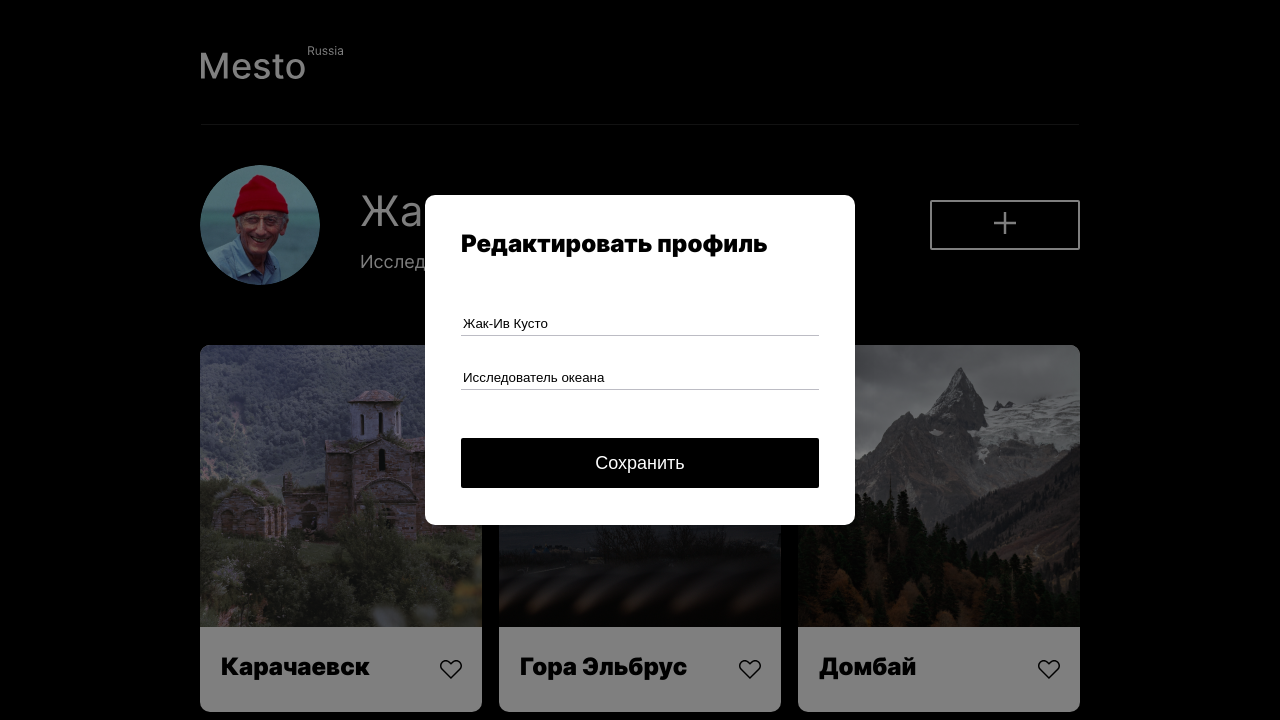
Repository: Ivan2399/mesto-project
Page: index.html
An editor plug-in stored every save of this project. The page is shown before and after the next save, followed by the edit.
The browser window is 1280 px wide. The pictures show the window.
A layer covers the whole window, so only the first screen is drawn.

Above is the page before, as saved 2021-11-30 17:18:06.

### index.html
<!DOCTYPE html>
<html lang="ru">

<head>
    <meta charset="UTF-8">
    <meta http-equiv="X-UA-Compatible" content="IE=edge">
    <meta name="viewport" content="width=device-width, initial-scale=1.0">
    <link rel="stylesheet" href="./pages/index.css" />
    <title>Mesto</title>
</head>
<!-- Вроде бы все поправил -->
<body class="root">
    <div class="page">
        <div class="popup popup_opened">
            <div class="popup__container">
                <button type="button" class="popup__close"></button>
                <h2 class="popup__title">Редактировать профиль</h2>
                <form name="popup-form" class="popup__forms">
                    <input type="text" class="popup__item" value="Жак-Ив Кусто">
                    <input type="text" class="popup__item" value="Исследователь океана">
                </form>
                <button type="submit" class="popup__button">Сохранить</button>
            </div>

        </div>
        <header class="header">
            <div class="header__container">
                <img class="header__logo" src="images/logo/Vector.svg" alt="Логотип">
            </div>
        </header>
        <main>
            <section class="profile">
                <img class="profile__avatar" src="images/avatar/Avatar.png" alt="Аватарка">
                <div class="profile__info">
                    <h1 class="profile__nickname">Жак-Ив Кусто</h1>
                    <p class="profile__hobbyname ">Исследователь океана</p>
                </div>
                <button type="button" class="profile__edit"><img src="images/buttons/pen.svg"
                        alt="редактирование"></button>
                <button type="button" class="profile__add"><img class="profile__add-size" src="images/buttons/plus.svg" alt="добавить"></button>
            </section>
            <section class="table">
                <div class="table__container">
                    <article class="table__card">
                        <img class="table__image" src="images/table/Karachaevsk.png" alt="Крепость">
                        <div class="table__card-text">
                            <h2 class="table__title">Карачаевск</h2>
                            <button type="button" class="table__button table__button_active"></button>
                        </div>
                    </article>
                    <article class="table__card">
                        <img class="table__image" src="images/table/Mountain.png" alt="Гора Эльбрус">
                        <div class="table__card-text">
                            <h2 class="table__title">Гора Эльбрус</h2>
                            <button type="button" class="table__button table__button_active"></button>
                        </div>
                    </article>
                    <article class="table__card">
                        <img class="table__image" src="images/table/Dombay.png" alt="Домбай">
                        <div class="table__card-text">
                            <h2 class="table__title">Домбай</h2>
                            <button type="button" class="table__button table__button_active"></button>
                        </div>
                    </article>
                    <article class="table__card">
                        <img class="table__image" src="images/table/Mountain.png" alt="Крепость">
                        <div class="table__card-text">
                            <h2 class="table__title">Гора Эльбрус</h2>
                            <button type="button" class="table__button table__button_active"></button>
                        </div>
                    </article>
                    <article class="table__card">
                        <img class="table__image" src="images/table/Dombay.png" alt="Крепость">
                        <div class="table__card-text">
                            <h2 class="table__title">Домбай</h2>
                            <button type="button" class="table__button table__button_active"></button>
                        </div>
                    </article>
                    <article class="table__card">
                        <img class="table__image" src="images/table/Karachaevsk.png" alt="Крепость">
                        <div class="table__card-text">
                            <h2 class="table__title">Карачаево-Ч...</h2>
                            <button type="button" class="table__button table__button_active"></button>
                        </div>
                    </article>
                </div>
            </section>
        </main>
        <footer class="footer">
            <p class="footer__logo">© 2020 Mesto Russia</p>
        </footer>
    </div>
</body>

</html>

### pages/index.css
@import url(../fonts/fonts.css);
@import url(../blocks/root/root.css);
@import url(../blocks/page/page.css);

/* header */

@import url(../blocks/header/header.css);
@import url(../blocks/header/__container/header__container.css);
@import url(../blocks/header/__logo/header__logo.css);

/* profile */

@import url(../blocks/profile/profile.css);
@import url(../blocks/profile/__avatar/profile__avatar.css);
@import url(../blocks/profile/__add/profile__add.css);
@import url(../blocks/profile/__edit/profile__edit.css);
@import url(../blocks/profile/__hobbyname/profile__hobbyname.css);
@import url(../blocks/profile/__nickname/profile__nickname.css);
@import url(../blocks/profile/__button/profile__button.css);
@import url(../blocks/profile/__info/profile__info.css);
@import url(../blocks/profile/__add-size/profile__add-size.css);

/* table */

@import url(../blocks/table/table.css);
@import url(../blocks/table/__button/table__button.css);
@import url(../blocks/table/__card/table__card.css);
@import url(../blocks/table/__container/table__container.css);
@import url(../blocks/table/__image/table__image.css);
@import url(../blocks/table/__title/table__title.css);
@import url(../blocks/table/__button/_active/table__button_active.css);
@import url(../blocks/table/__card-text/table__card-text.css);

/* footer */

@import url(../blocks/footer/footer.css);
@import url(../blocks/footer/__logo/footer__logo.css);

/* popup */

@import url(../blocks/popup/popup.css);
@import url(../blocks/popup/__container/popup__container.css);
@import url(../blocks/popup/__forms/popup__forms.css);
@import url(../blocks/popup/__item/popup__item.css);
@import url(../blocks/popup/__button/popup__button.css);
@import url(../blocks/popup/__title/popup__title.css);
@import url(../blocks/popup/__close/popup__close.css);
@import url(../blocks/popup/_opened/popup_opened.css);

### fonts/fonts.css
@font-face {
  font-family: "Inter";
  font-style: normal;
  font-weight: 900;
  src: url(./__inter/static/Inter-Black.woff) format("woff");
}
@font-face {
  font-family: "Inter";
  font-style: normal;
  font-weight: 700;
  src: url(./__inter/static/Inter-Medium.woff2) format("woff2"),
    url(./__inter/static/Inter-Medium.woff) format("woff");
}
@font-face {
  font-family: "Inter";
  font-style: normal;
  font-weight: 400;
  src: url(./__inter/static/Inter-Regular.ttf) format("truetype"),
    url(./__inter/static/Inter-Regular.woff) format("woff");
}

### blocks/root/root.css
.root {
  background-color: #000000;
  margin: 0;
  padding: 0;
  font-family: "Inter", Arial, Helvetica, sans-serif;
}

### blocks/page/page.css
.page {
  position: relative;
  max-width: 1280px;
  margin: auto;
  color: white;
}

### blocks/header/header.css
.header{
    display: grid;
}

### blocks/header/__container/header__container.css
.header__container {
  margin: 0 15.7% 0 15.7%;
  max-width: 880px;
  border-bottom: 1px solid rgba(54, 54, 54, 0.7);
}
@media screen and (min-width: 300px) and (max-width: 900px) {
  .header__container {
    margin: 0;
  }
}

### blocks/header/__logo/header__logo.css
.header__logo{
    margin: 5.2% 0 4.7% 0;
}
@media screen and (min-width:300px) and (max-width:900px){
    .header__logo{
        margin: 28px 0 31.6px 27px;
        width:103.74px;
        height:24.24px;
    }
}

### blocks/profile/profile.css
.profile {
  display: grid;
  grid-template-columns: 1fr 340px 1fr 1fr 1fr;
  margin: 40px auto 51px auto;
  max-width: 880px;
}
@media screen and (min-width: 250px) and (max-width: 900px) {
  .profile {
    justify-items: center;
    grid-template-columns: 289px;
    grid-template-rows: 120px 120px 50px;
    justify-content: center;
    margin: 38.25px auto 36px auto;
  }
}

### blocks/profile/__avatar/profile__avatar.css
.profile__avatar{
  max-width:120px;
  max-height:120px;
  border-radius: 50%;
  object-fit: cover;
}

### blocks/profile/__add/profile__add.css
.profile__add {
  padding: 0;
  width: 150px;
  height: 50px;
  margin-top: 35px;

  grid-column: 5;

  background-color: black;
  background-size: cover;

  border: 2px solid #ffffff;
  border-radius: 2px;

  cursor: pointer;
}
.profile__add:hover {
  opacity: 0.6;
}
@media screen and (min-width: 250px) and (max-width: 900px) {
  .profile__add {
    margin: 0;
    width: 282px;
    height: 50px;

    grid-column: 1;
    grid-row: 3;
  }
}

### blocks/profile/__edit/profile__edit.css
.profile__edit {
  padding: 0;
  margin-top: 37px;

  background-size: cover;
  background-color: black;
  border: 1px solid #ffffff;
  box-sizing: border-box;

  width: 24px;
  height: 24px;
  cursor: pointer;
}
.profile__edit:hover {
  opacity: 0.6;
}
@media screen and (min-width: 300px) and (max-width: 900px) {
  .profile__edit {
    grid-column: 1/1;
    grid-row: 2/2;
    margin-top: 30.25px;
    margin-right:28px;
    width: 18px;
    height: 18px;
    justify-self: flex-end;
  }
}

### blocks/profile/__hobbyname/profile__hobbyname.css
.profile__hobbyname {
  margin:0 0 0 30px;
  font-style: normal;
  font-weight: normal;
  font-size: 18px;
  line-height: 22px;

  text-overflow: ellipsis;
  max-width: 286px;
  overflow: hidden;
  white-space: nowrap;
}
@media screen and (min-width: 250px) and (max-width: 900px) {
  .profile__hobbyname {
    font-size: 14px;
    line-height: 17px;
    margin: 0 0 36px 0;

    max-width: 200px;
  }
}

### blocks/profile/__nickname/profile__nickname.css
.profile__nickname {
  margin: 22px 0 16px 30px;
  font-style: normal;
  font-weight: 500;
  font-size: 42px;
  line-height: 48px;

  text-overflow: ellipsis;
  max-width: 296px;
  overflow: hidden;
  white-space: nowrap;
}
@media screen and (min-width: 250px) and (max-width: 900px) {
  .profile__nickname {
    margin: 22.25px 10px 14px 0;
    font-size: 27px;
    line-height: 33px;

    max-width: 200px;
  }
}

### blocks/profile/__button/profile__button.css
.profile__button {
  display: flex;
  grid-column: 5;
  justify-self: center;
}
@media screen and (min-width: 250px) and (max-width: 900px){
  .profile__button{
    grid-column: 1;
    grid-row: 3;
  }
}

### blocks/profile/__info/profile__info.css
.profile__info {
  display: flex;
  max-width: 360px;
  flex-direction: column;

}
@media screen and (min-width: 250px) and (max-width: 900px) {
  .profile__info {
    max-width: 282px;
    align-items: center;
    grid-column: 1/1;
    grid-row:2/2;
  }
}

### blocks/profile/__add-size/profile__add-size.css
.profile__add-size {
  width: 22px;
  height: 22px;
}
@media screen and (min-width: 250px) and (max-width: 900px) {
  .profile__add-size {
    width: 16px;
    height: 16px;
  }
}

### blocks/table/table.css
.table{
    display: grid;
    max-width:1000px;
    margin:4% auto 0;
}

### blocks/table/__button/table__button.css
.table__button {
  width: 22px;
  height: 19px;
  margin: 30px 20px 30px 0;

  background-image: url(../../../images/table/heart.svg);
  background-size: cover;
  border: 0;
  background-color: white;

  cursor: pointer;

}
.table__button:hover {
  opacity: 0.5;
}

### blocks/table/__card/table__card.css
.table__card{
    max-width: 282px;
    background-color: white;
    border-radius: 10px;
    margin: 8.5px;
    display: flex;
    flex-direction: column;
}

### blocks/table/__container/table__container.css
.table__container {
    display: flex;
    flex-wrap: wrap;
    justify-content: center;
  /* display: grid;
  grid-template-columns: repeat(3, 33.33%);
  justify-items: center;
  gap: 2%; */
}
/* @media screen and (min-width: 300px) and (max-width: 500px) {
  .table__container {
    display: flex;
    flex-direction: column;
    align-items: center;
  }
} */

### blocks/table/__image/table__image.css
.table__image{
    width: 282px;
    height: 282px;
    border-radius: 10px 10px 0 0 ;
    object-fit: cover;
}

### blocks/table/__title/table__title.css
.table__title {
  margin: 25px 0 31px 21px;
  font-style: normal;
  font-weight: 900;
  font-size: 24px;
  line-height: 29px;

  text-overflow: ellipsis;
  max-width: 200px;
  overflow: hidden;
  white-space: nowrap;

  color: #000000;
}

### blocks/table/__button/_active/table__button_active.css
.table__button_active:active{
    background-image: url(../../../../images/buttons/Union.png);
    color: black;
    opacity: 1;
}

### blocks/table/__card-text/table__card-text.css
.table__card-text{
    width: 100%;
    max-height: fit-content;
    margin: auto;
    display: flex;
    justify-content: space-between;
    align-items: center;
}

### blocks/footer/footer.css
.footer{
    max-width: 840px;
    margin:67px auto 60px;
}
@media screen and (min-width: 250px) and (max-width: 800px){
    .footer{
        max-width: 282px;
        margin:46px 19px 34px 19px;
    }
}

### blocks/footer/__logo/footer__logo.css
.footer__logo {
  font-style: normal;
  font-weight: normal;
  font-size: 14px;
  line-height: 17px;
  margin: 0;
  color: #545454;
}

### blocks/popup/popup.css
.popup {
  position: fixed;
  display: none;
  width: 100%;
  max-width: 1280px;
  height: 100%;
  min-height: 720px;
  background-color: rgba(0, 0, 0, 0.5);
  flex-wrap: wrap;
  justify-content: center;
  align-items: center;
}

### blocks/popup/__container/popup__container.css
.popup__container {
  display: flex;
  flex-direction: column;
  max-width: 430px;
  max-height: 330px;
  background: #ffffff;
  box-shadow: 0px 0px 25px rgba(0, 0, 0, 0.15);
  border-radius: 10px;
}
@media screen and (min-width: 250px) and (max-width: 800px) {
  .popup__container {
    justify-content: center;
    max-width: 282px;
    max-height: 322px;
  }
}

### blocks/popup/__forms/popup__forms.css
.popup__forms {
  padding: 0 36px 0 36px;
  border: 0;
}
@media screen and (min-width: 250px) and (max-width: 800px){
  .popup__forms{
    padding: 0 22px 0 22px;
  }
}

### blocks/popup/__item/popup__item.css
.popup__item {
  border: 0;
  width: 100%;
  height: 24px;
  box-sizing: border-box;
  border-bottom: 1px solid #bcbcc4;
  background-color: transparent;
  margin: 30px 0 0 0;
  color:black
}
@media screen and (min-width: 250px) and (max-width: 800px) {
  .popup__item {
    min-width: 238px;
  }
}

### blocks/popup/__button/popup__button.css
.popup__button {
  width: 358px;
  height: 50px;
  margin: 48px 36px 37px 36px;
  border-radius: 2px;
  background-color: black;
  border: 0;
  color: white;
  font-style: normal;
  font-weight: normal;
  font-size: 18px;
  line-height: 22px;
  text-align: center;

  cursor: pointer;
}
.popup__button:hover {
  opacity: 0.8;
}
@media screen and (min-width: 250px) and (max-width: 800px) {
  .popup__button {
    object-fit: cover;
    margin: 45px 22px 25px 22px;
    width: 238px;
    height: 46px;

    font-size: 14px;
    line-height: 17px;
  }
}

### blocks/popup/__title/popup__title.css
.popup__title {
  margin: 34px 64px 24px 36px;

  font-style: normal;
  font-weight: 900;
  font-size: 24px;
  line-height: 29px;

  color: #000000;
}
@media screen and (min-width: 250px) and (max-width: 800px) {
  .popup__title {
    margin: 25px 22px 45px 22px;
    font-style: normal;
    font-weight: 900;
    font-size: 18px;
    line-height: 22px;
  }
}

### blocks/popup/__close/popup__close.css
.popup__close {
  position: absolute;

  background-image: url(../../../images/popup/Close\ Icon.svg);
  background-color: rgba(255, 255, 255, 0);
  background-size: cover;
  border: 0;

  cursor: pointer;

  width: 32px;
  height: 32px;
  top: -11%;
  left: 101%;
}
.popup__close:hover {
  opacity: 0.6;
}
@media screen and (min-width: 250px) and (max-width: 800px) {
  .popup__close {
    width: 20px;
    height: 20px;
    top: -10%;
    left: 93%;
  }
}

### blocks/popup/_opened/popup_opened.css
.popup_opened {
  display: flex;
}
@media screen and (min-width: 340px) and (max-width: 1000px) {
  .popup_opened {
    display: none;
  }
}

After the next save:
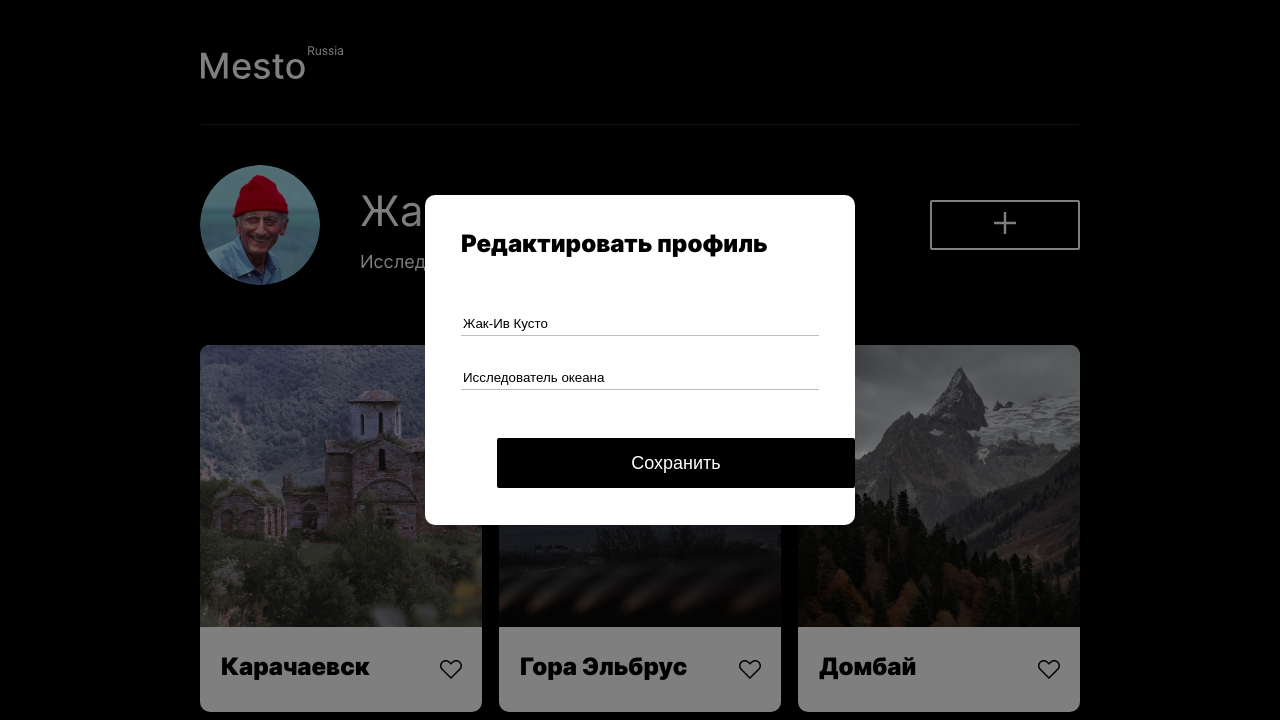
Saved 18 h 19 min later.
--- a/index.html
+++ b/index.html
@@ -18,10 +18,9 @@
                 <form name="popup-form" class="popup__forms">
                     <input type="text" class="popup__item" value="Жак-Ив Кусто">
                     <input type="text" class="popup__item" value="Исследователь океана">
+                    <button type="submit" class="popup__button">Сохранить</button>
                 </form>
-                <button type="submit" class="popup__button">Сохранить</button>
             </div>
-
         </div>
         <header class="header">
             <div class="header__container">
